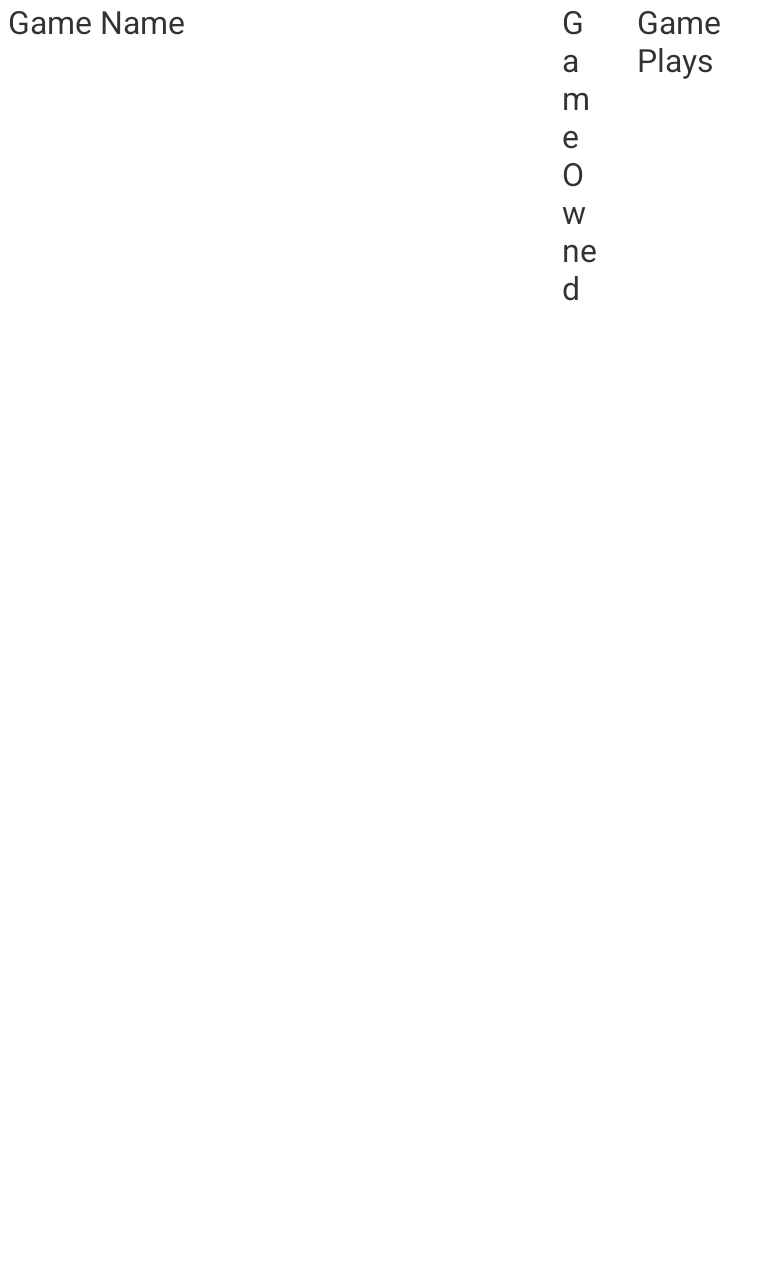
Repository: stewartwinter/bggpersonal
Layout: BGGPersonal/res/layout/collection_item_game.xml
An editor plug-in stored every save of this project. The layout is shown before and after the next save, followed by the edit.
It is drawn on a 768 x 1280 px phone screen (xhdpi) without system bars, with theme AppTheme; the app's code is not run.

Above is the layout before, as saved 2014-03-15 17:23:15.

After the next save:
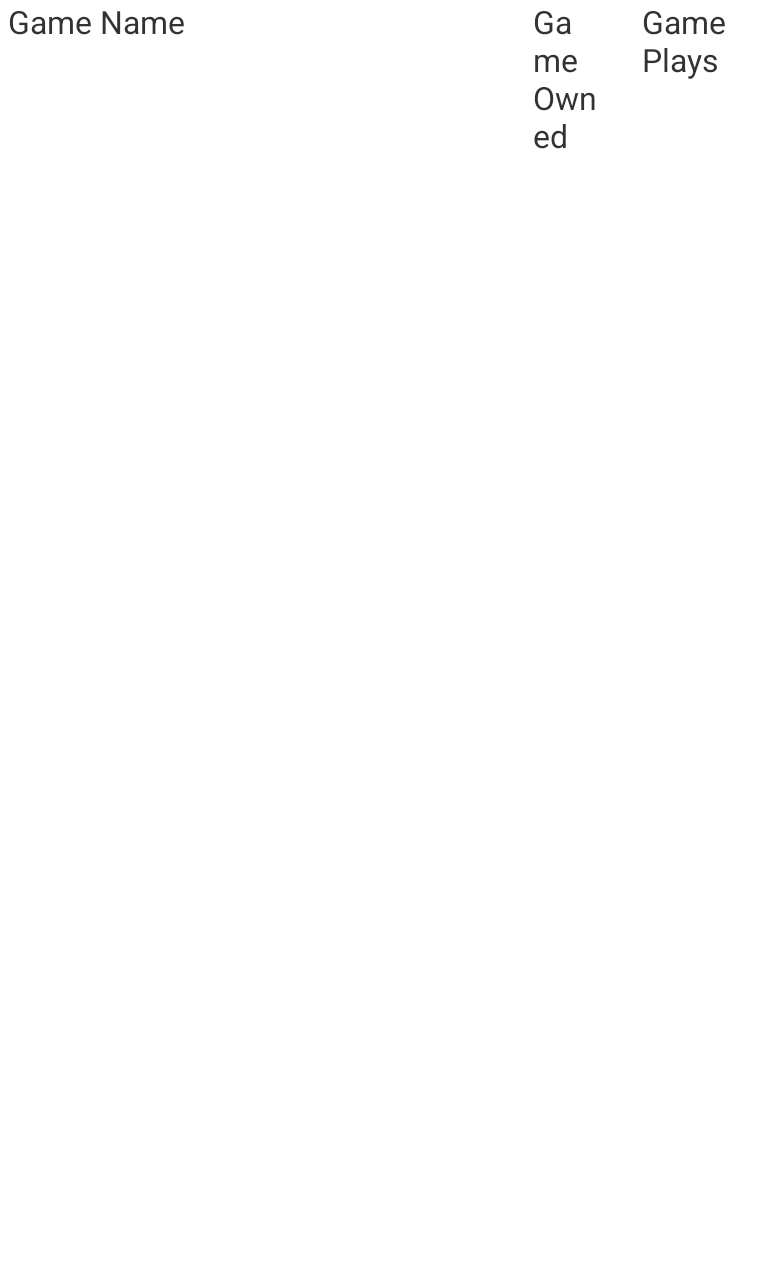
Saved 19 s later.
--- a/BGGPersonal/res/layout/collection_item_game.xml
+++ b/BGGPersonal/res/layout/collection_item_game.xml
@@ -33,7 +33,7 @@
     	android:text="Game Owned"
     	android:textSize="16sp"
     	android:layout_weight="2"
-    	android:width="60dp"
+    	android:width="80dp"
     />
 		</RelativeLayout>
 
